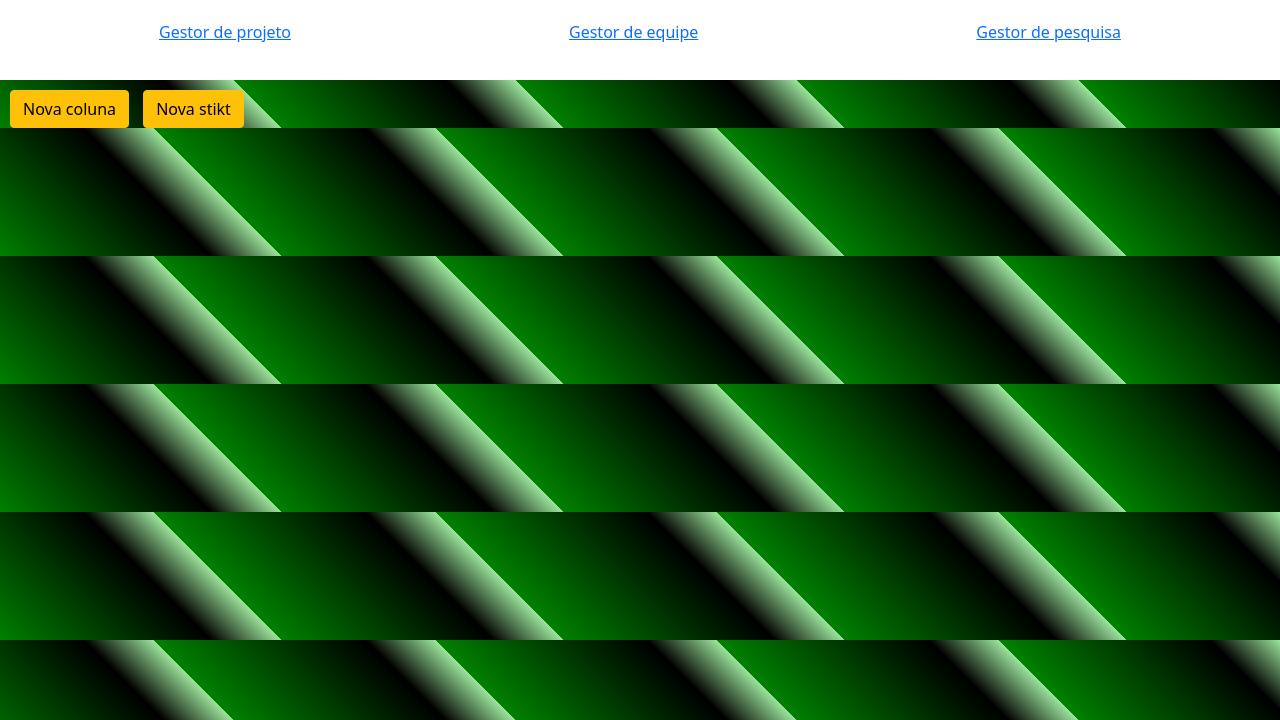
Repository: shadowruge/kanban
Page: index.html
The author's editor kept a copy of each file at every save. The page is drawn from the files as they stood at one save, then again after the next save.
The browser window is 1280 px wide. The pictures show the whole page.

Above is the page before, as saved 2021-06-12 19:32:03.

### index.html
<!DOCTYPE html>
<html lang="en">
  <head>
    <meta charset="UTF-8" />
    <meta http-equiv="X-UA-Compatible" content="IE=edge" />
    <meta name="viewport" content="width=device-width, initial-scale=1.0" />
    <script src="https://cdn.jsdelivr.net/npm/@popperjs/core@2.9.2/dist/umd/popper.min.js" integrity="sha384-IQsoLXl5PILFhosVNubq5LC7Qb9DXgDA9i+tQ8Zj3iwWAwPtgFTxbJ8NT4GN1R8p" crossorigin="anonymous"></script>
<script src="https://cdn.jsdelivr.net/npm/bootstrap@5.0.1/dist/js/bootstrap.min.js" integrity="sha384-Atwg2Pkwv9vp0ygtn1JAojH0nYbwNJLPhwyoVbhoPwBhjQPR5VtM2+xf0Uwh9KtT" crossorigin="anonymous"></script>

    <script src="https://cdn.jsdelivr.net/npm/bootstrap@5.0.1/dist/js/bootstrap.bundle.min.js" integrity="sha384-gtEjrD/SeCtmISkJkNUaaKMoLD0//ElJ19smozuHV6z3Iehds+3Ulb9Bn9Plx0x4" crossorigin="anonymous"></script>
    <link href="https://cdn.jsdelivr.net/npm/bootstrap@5.0.1/dist/css/bootstrap.min.css" rel="stylesheet" integrity="sha384-+0n0xVW2eSR5OomGNYDnhzAbDsOXxcvSN1TPprVMTNDbiYZCxYbOOl7+AMvyTG2x" crossorigin="anonymous">
    <link rel="stylesheet" href="style.css" />
    <script src="index.js"></script>
    <title id="Description">Shadow Kanban</title>
  </head>

  <header>
    <nav class="nav">
      <p><a href="#">Gestor de projeto</a></p>
      <p><a href="#">Gestor de equipe</a></p>
      <p><a href="#">Gestor de pesquisa</a></p>
    </nav>
  </header>

  <body>

    <!--botão-->

    <button type="button" class="btn btn-warning">Nova coluna</button>

    <button type="button" class="btn btn-warning">Nova stikt</button>
    <div class="Linha" style="width:600px;">
      <!-- RECEBE DIVS DINAMICAS -->
      </div>
  </body>
  <script>

  </script>
</html>

### style.css
* {
  margin: 0;
  padding: 0;
  border: 0;
}

header{
  background-color:white;
}

body{

  background-image: repeating-linear-gradient(45deg,green, black 15%, rgb(155, 228, 155) 20%);

}

#kanban {

  width: 97%;
  color: white;
  text-align: center;
  display: flex;
  flex-wrap: wrap;
}

.nav {

  padding: 20px;
  display: flex;
  justify-content: space-around;
  flex-wrap: wrap;
}

.ideias,
.pesquisa,
.progresso,
.testes,
.pronto {
  margin-top: 5px;
  margin-left: auto;
}

.membros,
.membros-lideres {
  margin-left: 150px;
}

.d-flex {
  display: flex !important;
}

.flex-column {
  flex-direction: column !important;
}

.board {
  padding: 20px;
}

.board-column {
  margin-left: 20px;
}

.column-body {
  margin-top: 2em;
}

.card textarea {
  resize: none;
}

.sticker {
  width: 180px;
  height: 180px;
  }

  button {
  margin-top: 10px;
  margin-left: 10px;
  }

### index.js
function dragStartHandler(ev) {
  ev.dataTransfer.setData("application/my-app", ev.target.id);
  ev.dataTransfer.effectAllowed = "move";
}

function dragCardStart(e) {
  console.log(e);
}

function dragOvertHandler(ev) {
  ev.preventDefault();
  ev.dataTransfer.dropEffect = "move";
}

function dropHandler(ev) {
  ev.preventDefault();
  const data = ev.dataTransfer.getData("application/my-app");
  ev.target.appendChild(document.getElementById(data));
}

function handleInputKeys({ key }) {
  switch (key) {
    case "Enter":
      break;

    default:
      break;
  }
}

const onInputClick = (e) => {
  e.preventDefault();
  e.stopPropagation();
  e.target.disabled = false;
  e.target.focus();
};

const onInputLostFocus = (e) => {
  console.log(e);
  e.target.disabled = true;
};

function addNewCard(e) {
  //   console.log(e);
  //   console.log(column);
  //   console.log(body);
  //   console.log(body.children);
  //   console.log(body.children[0].getAttributeNames());
  const [, , , column] = e.path;
  const [, body] = column.children;
  const addButton = body.children[body.children.length - 1];
  const card = document.createElement("div");
  const input = document.createElement("textarea");
  input.cols = 30;
  input.rows = 10;
  input.disabled = true;
  card.appendChild(input);
  card.classList.add("card");
  card.draggable = "true";
  card.addEventListener("click", onInputClick);
  card.addEventListener("focusout", onInputLostFocus);
  card.addEventListener("dragstart", dragCardStart);
  body.removeChild(addButton);
  body.appendChild(card);
  body.appendChild(addButton);
}

After the next save:
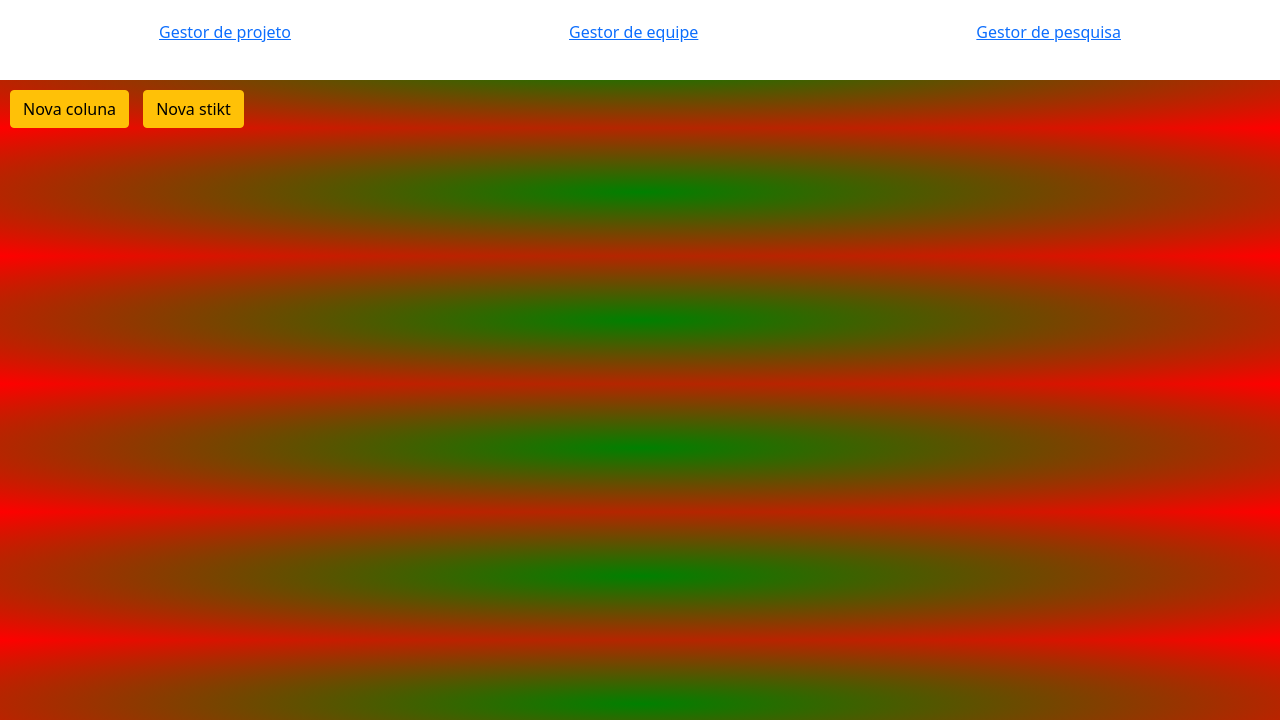
Saved 5 s later.
--- a/style.css
+++ b/style.css
@@ -11,6 +11,11 @@
 body{
 
   background-image: repeating-linear-gradient(45deg,green, black 15%, rgb(155, 228, 155) 20%);
+  background-image: linear-gradient(90deg, green, red);
+
+    background-image: linear-gradient(180deg, green, red);
+
+    background-image: radial-gradient(green, red);
 
 }
 
